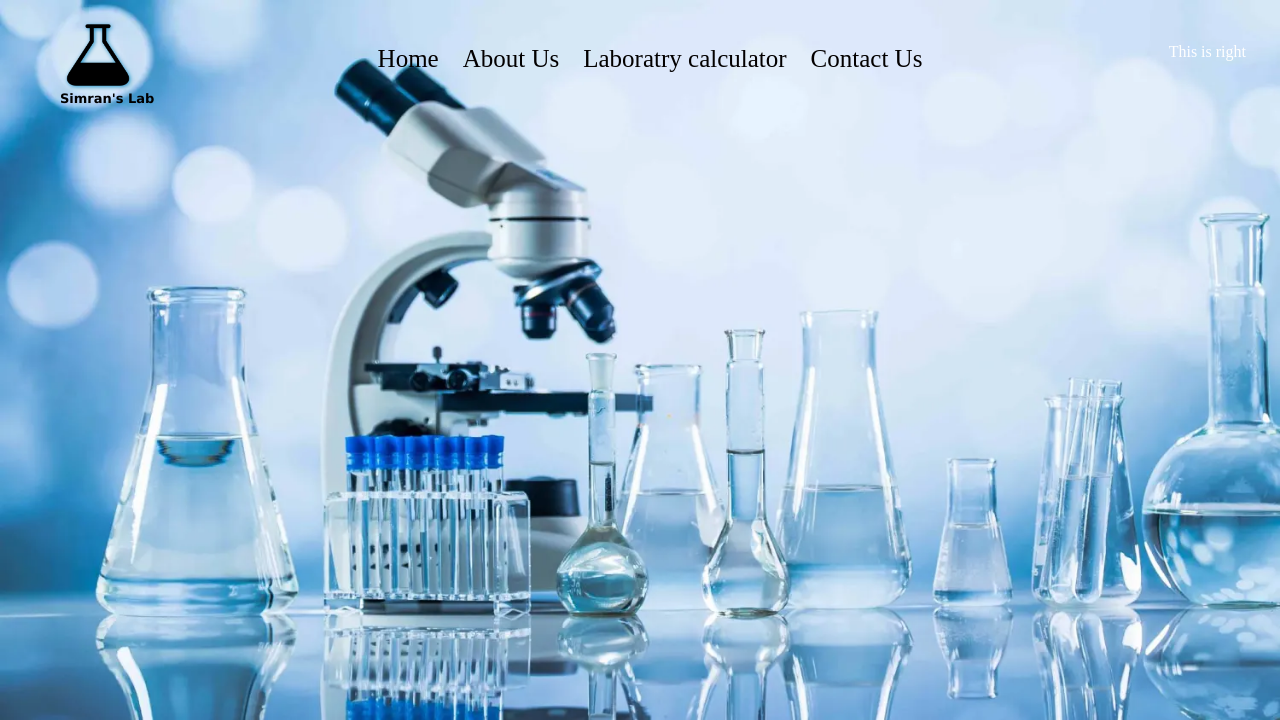
Repository: raisingh22/Simranlearning
Page: html css java/website/index.html
The author's editor kept a copy of each file at every save. The page is drawn from the files as they stood at one save, then again after the next save.
The browser window is 1280 px wide. The pictures show the whole page.

Above is the page before, as saved 2024-01-01 18:55:26.

After the next save:
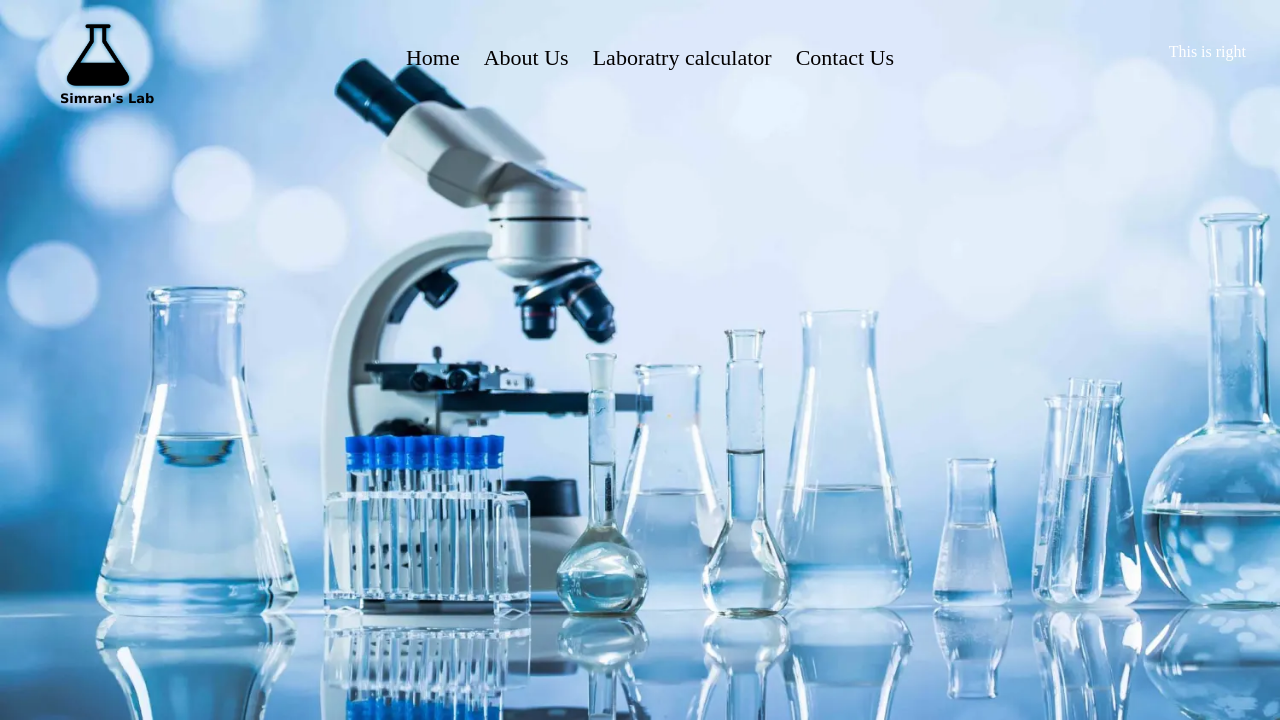
Saved 44 s later.
--- a/html css java/website/index.html
+++ b/html css java/website/index.html
@@ -60,7 +60,7 @@
     }
     .navbar li{
         display: inline-block;
-        font-size: 25px;
+        font-size: 22px;
         margin-right: 20px;
         /* border: 1px solid rgb(214, 161, 161); */
     }
